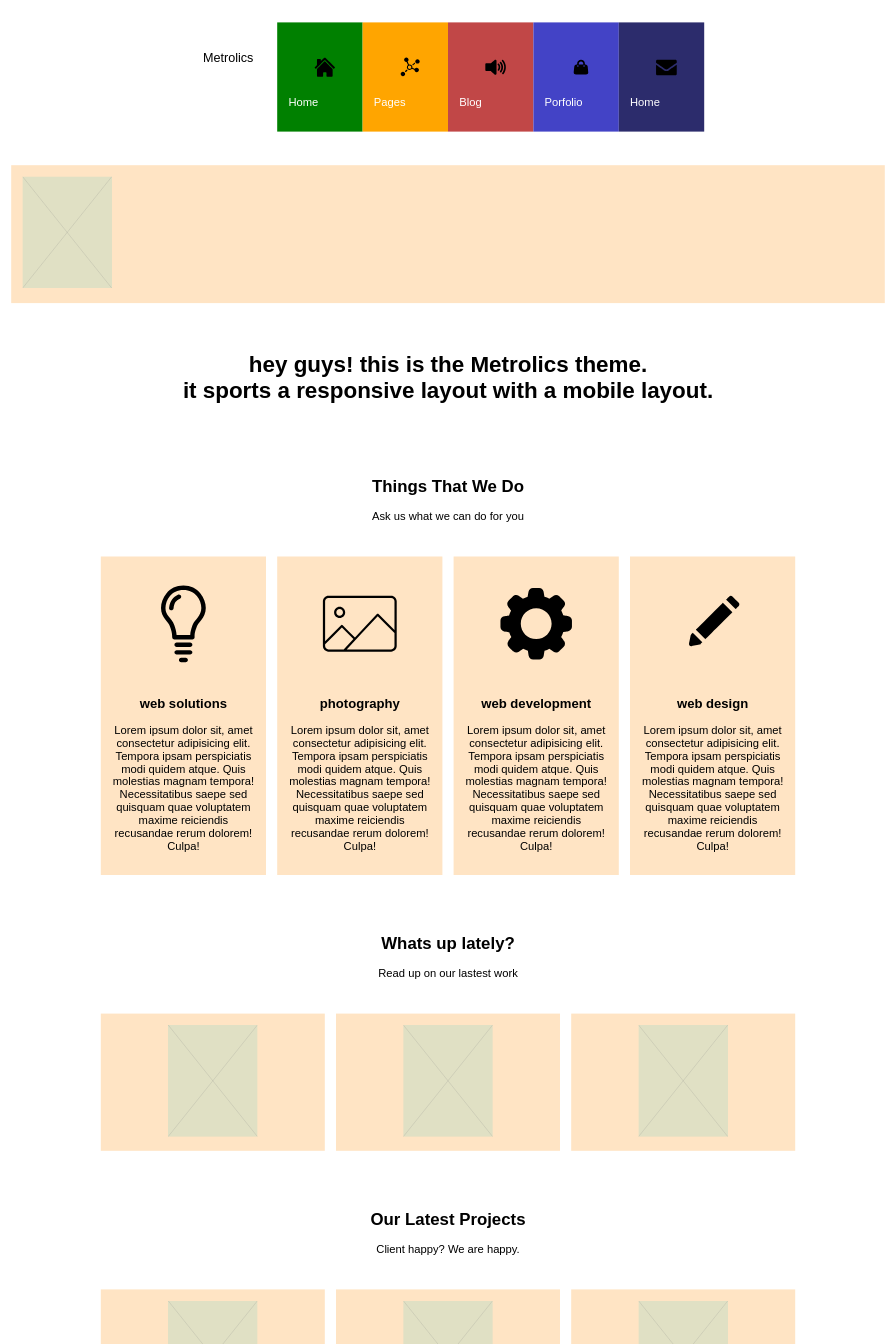
Repository: jjennbui/MDIA2003G-Assignment03B
Page: index.html
An editor plug-in stored every save of this project. The page is shown before and after the next save, followed by the edit.
The browser window is 1280 px wide. The pictures show the part of the page from y = 0 to 1920 px (the page is 2735 px tall before and 2775 px after), at 70% of full size.

Above is the page before, as saved 2023-02-01 13:46:24.

After the next save:
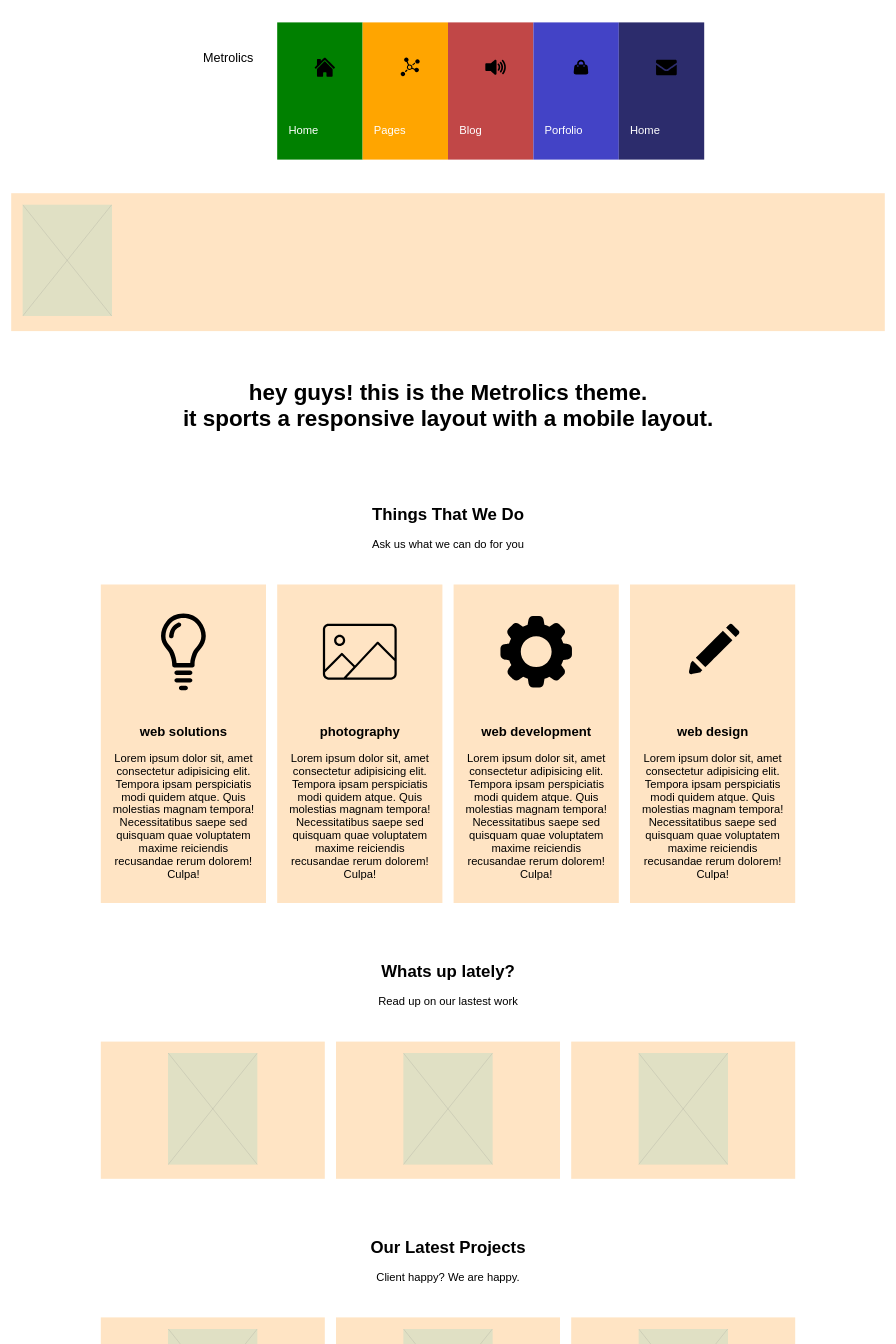
Saved 9 s later.
--- a/css/main.css
+++ b/css/main.css
@@ -69,7 +69,7 @@
   position: relative;
   left: 20px;
   width: 90px;
-  height: 50px;
+  height: 90px;
   margin-bottom: 40px;
 
 }

After the 2 saves that followed:
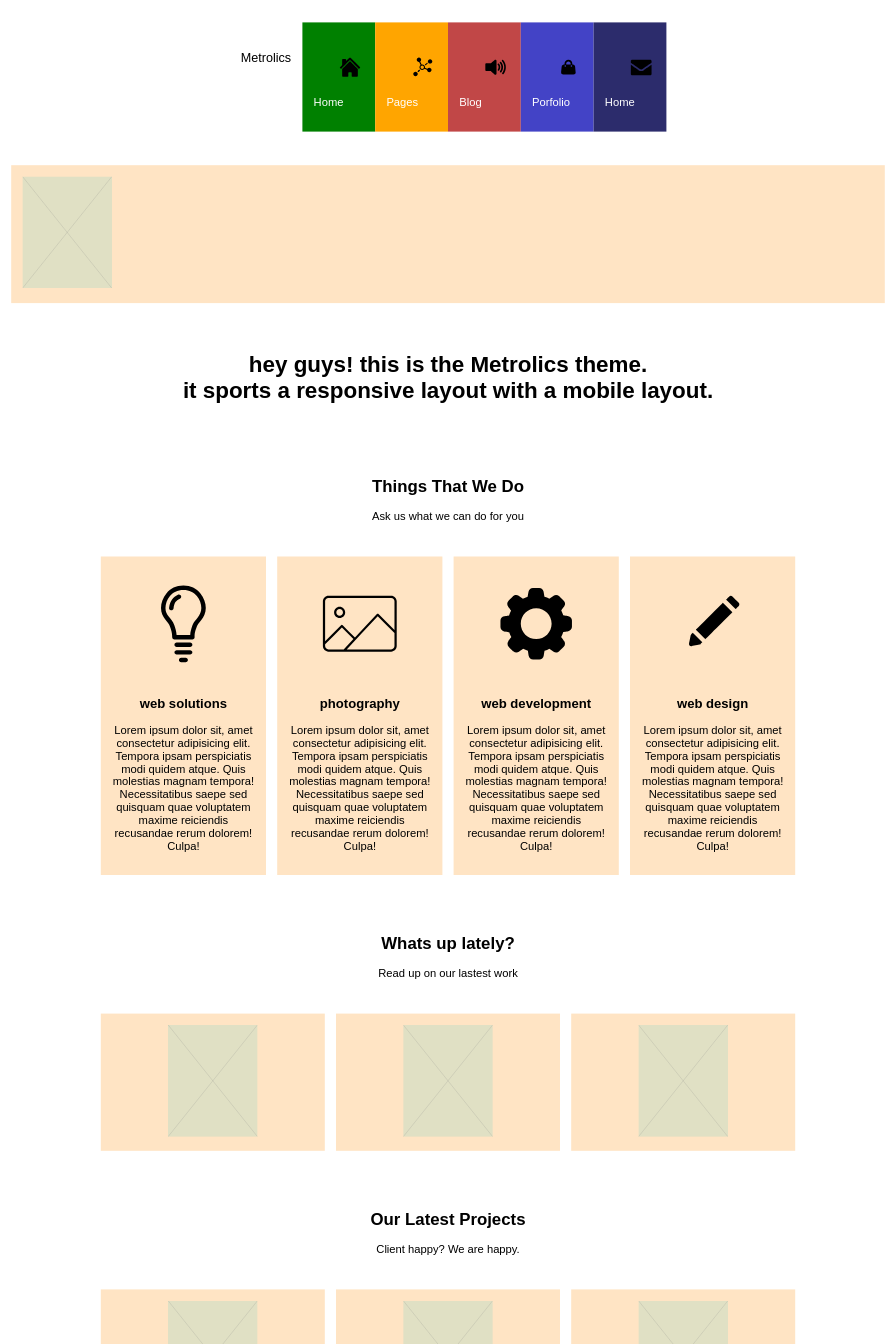
The 2 saves are shown as one change because they came seconds apart.
The last was saved 6 s later.
--- a/css/main.css
+++ b/css/main.css
@@ -68,8 +68,8 @@
 .navicon{
   position: relative;
   left: 20px;
-  width: 90px;
-  height: 90px;
+  width: 50px;
+  height: 50px;
   margin-bottom: 40px;
 
 }
